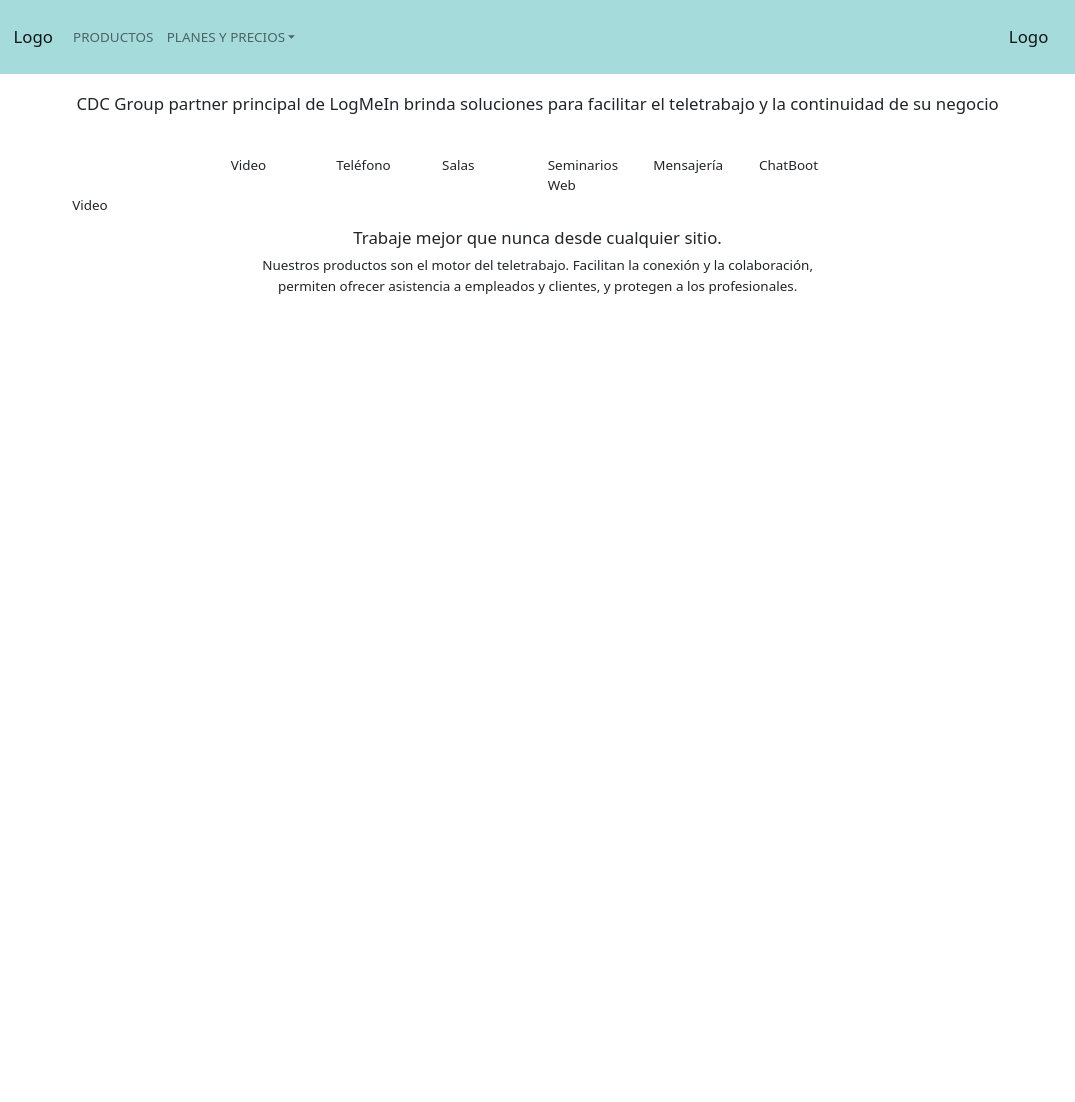
Repository: onehitwondermx/cdclogmein
Page: index.html
These files come from the project's save history. The page is drawn as it stood at one moment and after the next save; the edit follows.
The browser window is 1280 px wide. The pictures show the whole page, at 84% of full size.

Above is the page before, as saved 2021-06-03 22:49:14.

### index.html
<!DOCTYPE html>
<html lang="es">
  <head>
    <meta charset="utf-8">
    <meta name="viewport" content="width=device-width, initial-scale=1">
    <script src="https://cdn.jsdelivr.net/npm/bootstrap@5.0.1/dist/js/bootstrap.bundle.min.js" integrity="sha384-gtEjrD/SeCtmISkJkNUaaKMoLD0//ElJ19smozuHV6z3Iehds+3Ulb9Bn9Plx0x4" crossorigin="anonymous"></script>
    <link href="https://cdn.jsdelivr.net/npm/bootstrap@5.0.1/dist/css/bootstrap.min.css" rel="stylesheet" integrity="sha384-+0n0xVW2eSR5OomGNYDnhzAbDsOXxcvSN1TPprVMTNDbiYZCxYbOOl7+AMvyTG2x" crossorigin="anonymous">
    <title>LogMeIn - CDC Gropu</title>
  </head>
<body>
  <nav class="navbar sticky-top navbar-expand-lg navbar-light" style="background-color: #a6dbdb;">
    <div class="p-3 container-fluid">
        <a href="#" class="navbar-brand">Logo</a>
        <button class="navbar-toggler" type="button" data-bs-toggle="collapse" data-bs-target="#navbarText" aria-controls="navbarText" aria-expanded="false" aria-label="Toggle navigation">
          <span class="navbar-toggler-icon"></span>
        </button>
        <div class="collapse navbar-collapse" id="navbarText">
            <ul class="navbar-nav me-auto mb-2 mb-lg-0">
              <li class="nav-item"><a class="nav-link" href="#">PRODUCTOS</a></li>
              <li class="nav-item dropdown"><a class="nav-link dropdown-toggle" href="#" id="navbarScrollingDropdown" role="button" data-bs-toggle="dropdown" aria-expanded="false">PLANES Y PRECIOS</a>
                <ul class="dropdown-menu" aria-labelledby="navbarScrollingDropdown">
                  <li><a class="dropdown-item" href="#">GoToConnect</a></li>
                  <li><a class="dropdown-item" href="#">GoToMeeting</a></li>
                  <li><a class="dropdown-item" href="#">GoToWebinar</a></li>
                  <li><a class="dropdown-item" href="#">LastPass</a></li>
                  <li><a class="dropdown-item" href="#">Central</a></li>
                  <li><a class="dropdown-item" href="#">GoToMyPC</a></li>
                  <li><a class="dropdown-item" href="#">GoToTraining</a></li>
                  <li><a class="dropdown-item" href="#">GoAssist</a></li>
                </ul>
              </li>
            </ul>
            <a href="#" class="navbar-brand">Logo</a>
          </div>
        </div>
    </div>
  </nav>

  <div class="p-4 container-fluid">
      <div class="row justify-content-md-center">
        <div class="col-md-auto">
          <h5 class="text-center">
            CDC Group partner principal de LogMeIn brinda soluciones para facilitar el teletrabajo y la continuidad de su negocio
          </h5>
        </div>
      </div>
  </div>
  <div class="p-3 container">
    <div class="row">
      <div class="col-2 d-none d-lg-block"></div>
      <div class="col">
        <span>Video</span>
      </div>
      <div class="col">
        <span>Teléfono</span>
      </div>
      <div class="col">
        <span>Salas</span>
      </div>
      <div class="col">
        <span>Seminarios Web</span>
      </div>
      <div class="col">
        <span>Mensajería
        </span>
      </div>
      <div class="col">
        <span>ChatBoot</span>
      </div>
      <div class="col-2 d-none d-lg-block"></div>
    </div>
    <div> Video</div>
    <div class="p-3 container">
      <h5  class="text-center">Trabaje mejor que nunca desde cualquier sitio.</h5>
      <div class="row">
      <div class="col"></div>
      <div class="col-8">
      <p class="text-center">
        Nuestros productos son el motor del teletrabajo. Facilitan la conexión y la colaboración, permiten ofrecer asistencia a empleados y clientes, y protegen a los profesionales.
      </p>
    </div>
    <div class="col"></div>
    </div>
  </div>
  </div>

   <br><br><br><br><br><br><br><br><br><br><br><br><br><br><br><br><br><br><br><br><br><br><br><br><br><br><br><br><br><br><br><br><br><br><br><br><br><br>
  </body>
</html>

After the next save:
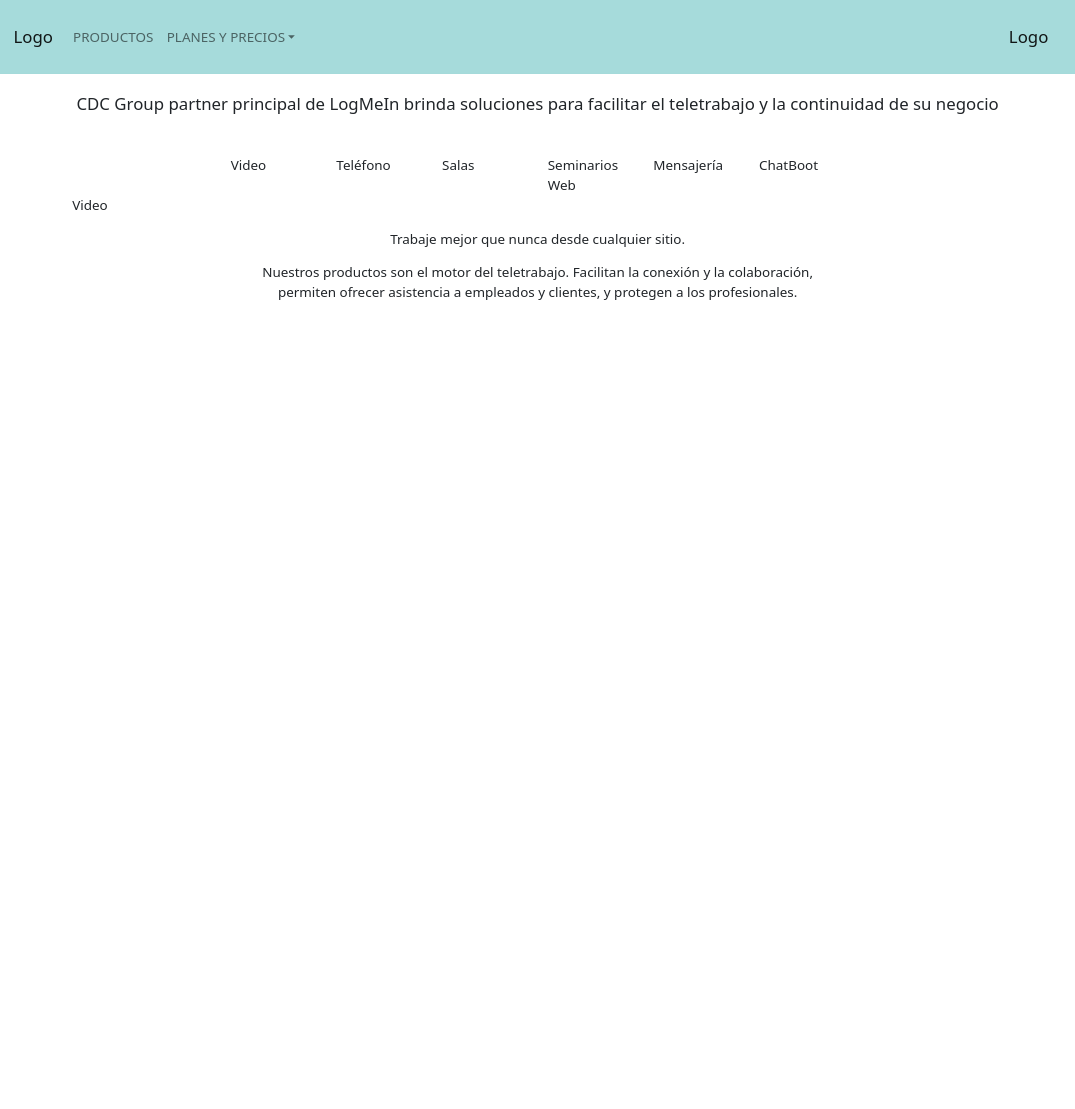
Saved 55 s later.
--- a/index.html
+++ b/index.html
@@ -71,7 +71,7 @@
     </div>
     <div> Video</div>
     <div class="p-3 container">
-      <h5  class="text-center">Trabaje mejor que nunca desde cualquier sitio.</h5>
+      <p  class="text-center">Trabaje mejor que nunca desde cualquier sitio.</p>
       <div class="row">
       <div class="col"></div>
       <div class="col-8">
